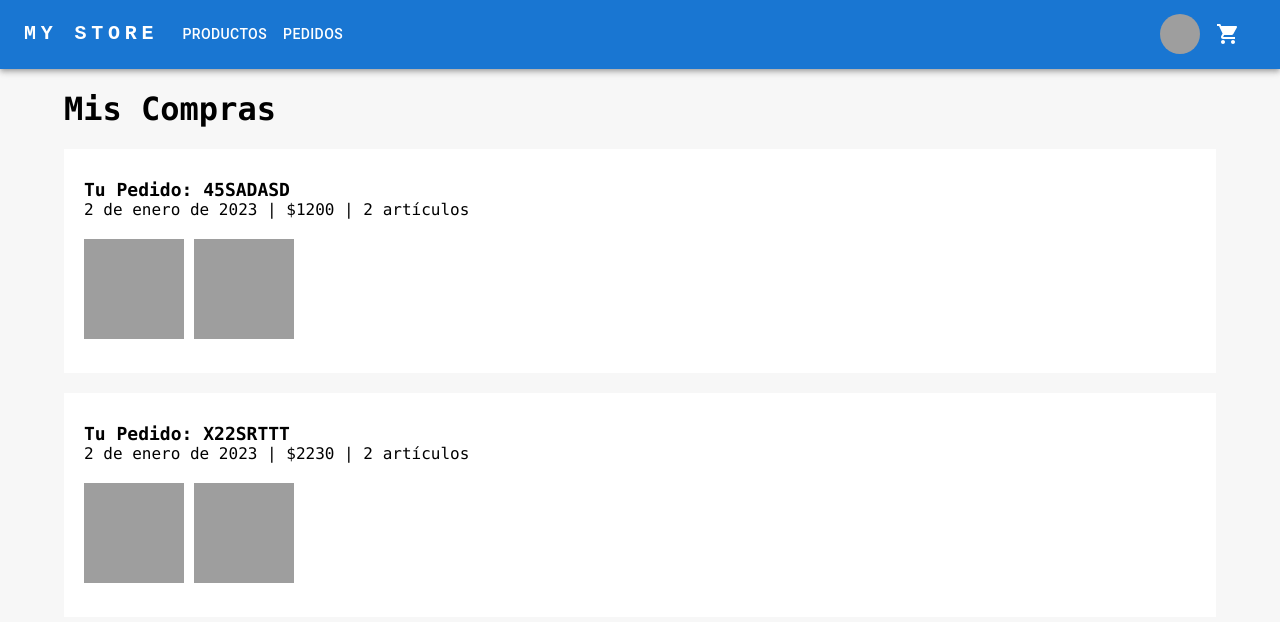
Repository: DanielBorussia/front-my-store
Page: /OrderList
These files come from the project's save history. The page is drawn as it stood at one moment and after the next save; the edit follows.
The browser window is 1280 px wide. The pictures show the whole page.
Pictures or frames that could not be fetched are drawn as grey boxes. The project was rebuilt for these pictures with package versions that can differ from the ones it lists, and the page was loaded fresh each time. Also part of the build but not shown: src/components/OrderItem.js, src/containers/MyOrderPreview.js, src/components/ProductItem.js, src/hooks/useGetProducts.js, src/shared/Loading.js, src/containers/ProductList.js, src/pages/Home.js.

Above is the page before, as saved 2023-07-01 17:10:24.

After the next save:
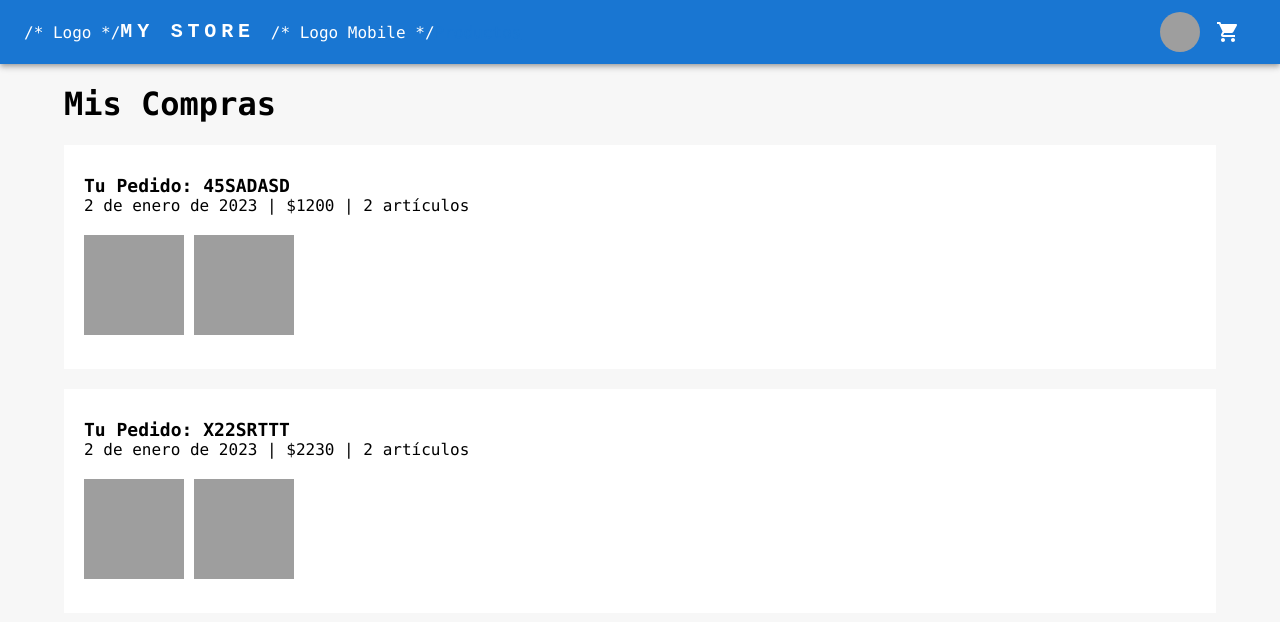
Saved 10 min 22 s later.
--- a/src/components/Header.js
+++ b/src/components/Header.js
@@ -47,7 +47,7 @@ const Header = () => {
     <AppBar position="static">
       <Container maxWidth="xl">
         <Toolbar disableGutters>
-
+            /* Logo */
             <Typography
               variant="h6"
               noWrap
@@ -107,7 +107,7 @@ const Header = () => {
           </Box>
           <AdbIcon sx={{ display: { xs: 'flex', md: 'none' }, mr: 1 }} />
 
-
+          /* Logo Mobile */
           <Typography
             variant="h5"
             noWrap
@@ -126,16 +126,12 @@ const Header = () => {
           >
             MY STORE
           </Typography>
+
           <Box sx={{ flexGrow: 1, display: { xs: 'none', md: 'flex' } }}>
-            {pages.map((page) => (
-              <Button
-                key={page}
-                onClick={handleCloseNavMenu}
-                sx={{ my: 2, color: 'white', display: 'block' }}
-              >
-                {page}
-              </Button>
-            ))}
+            <Link href='/'>
+              Productos
+            </Link>
+
           </Box>
 
           <Box sx={{ flexGrow: 0 }}>
